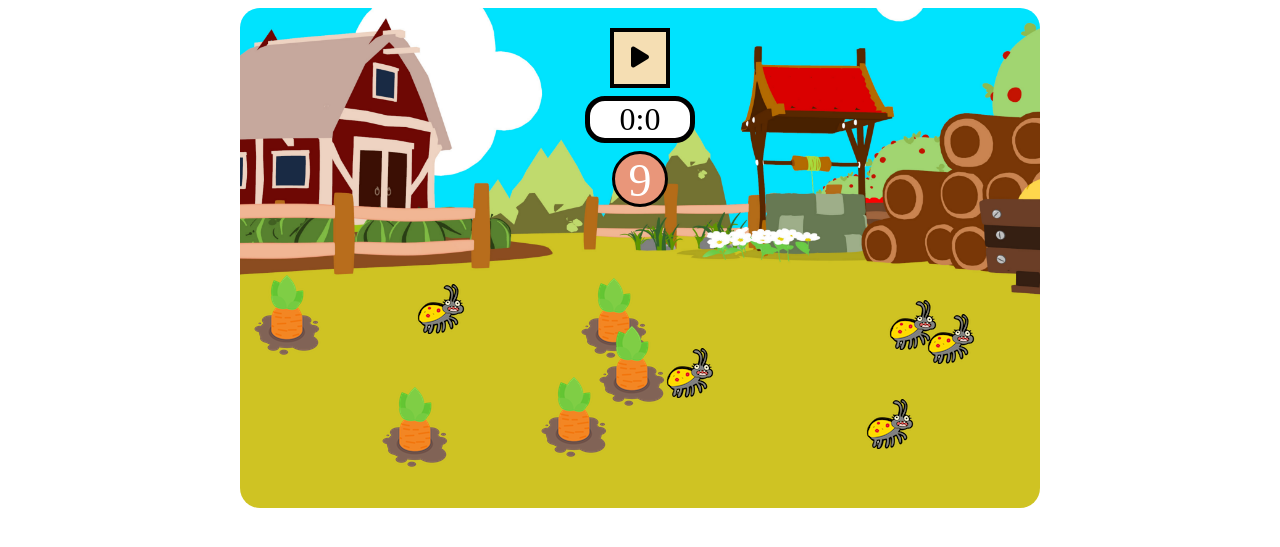
Repository: rumor1993/DreamCoding-Browser101
Page: Chapter07/ellie/index.html
An editor plug-in stored every save of this project. The page is shown before and after the next save, followed by the edit.
The browser window is 1280 px wide. The pictures show the whole page.
Some web libraries are served in a nearby version.

Above is the page before, as saved 2021-01-03 22:09:17.

After the next save:
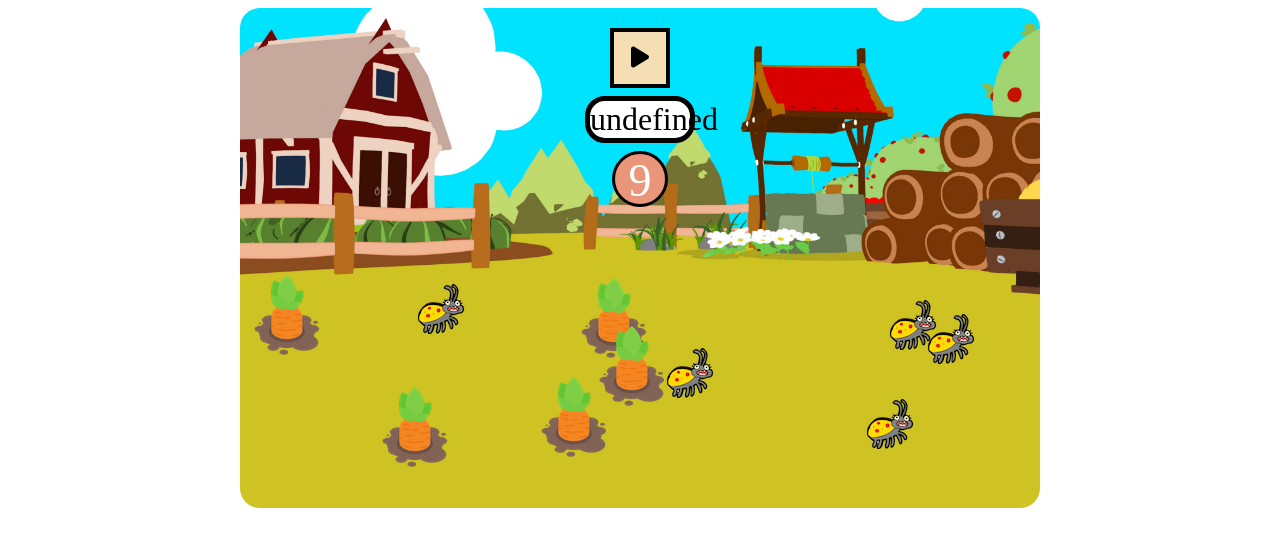
Saved 23 s later.
--- a/Chapter07/ellie/index.js
+++ b/Chapter07/ellie/index.js
@@ -38,5 +38,7 @@ window.addEventListener("load", () => {
     return Math.random() * (max - min) + min;
   }
 
-  function startTimer(second) {}
+  function startTimer(second) {
+    gameTimer.innerHTML = second;
+  }
 });
